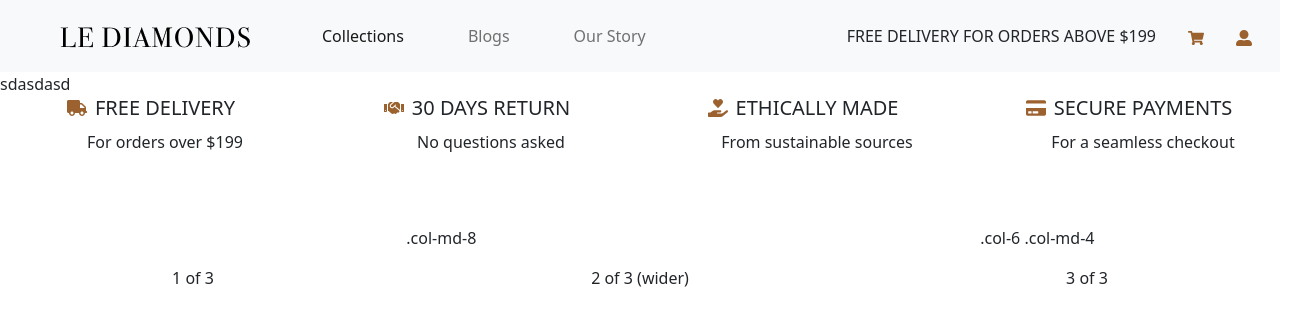
Repository: farrelmuhammad/lediamonds-vi8e
Page: /
The author's editor kept a copy of each file at every save. The page is drawn from the files as they stood at one save, then again after the next save.
The browser window is 1280 px wide. The page is 1292 px wide, then 1280 px, so the pictures cover 1292 px, including what lies to the right of the window. The pictures show the whole page.
The project was rebuilt for these pictures with package versions that can differ from the ones it lists, and the page was loaded fresh each time. Also part of the build but not shown: src/App.css.

Above is the page before, as saved 2022-09-17 11:40:46.

After the next save:
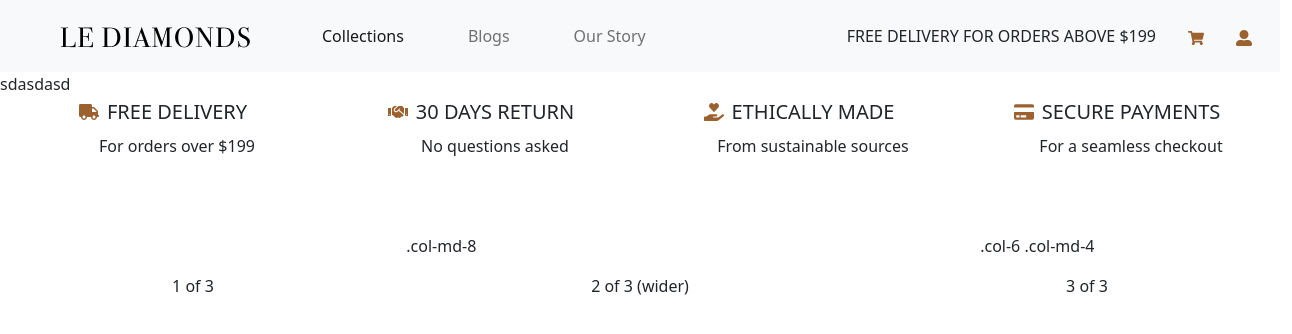
Saved 10 s later.
--- a/src/components/Content.jsx
+++ b/src/components/Content.jsx
@@ -10,7 +10,7 @@
   return (
     <>
       {/* <div className="d-flex justify-content-center"> */}
-      <div className="row d-flex justify-content-center text-center content">
+      <div className="row d-flex justify-content-center text-center m-1 content">
         <div className="col">
           <h5 class="icon-title">
             <FaTruck className="icons me-2 mb-1" />
